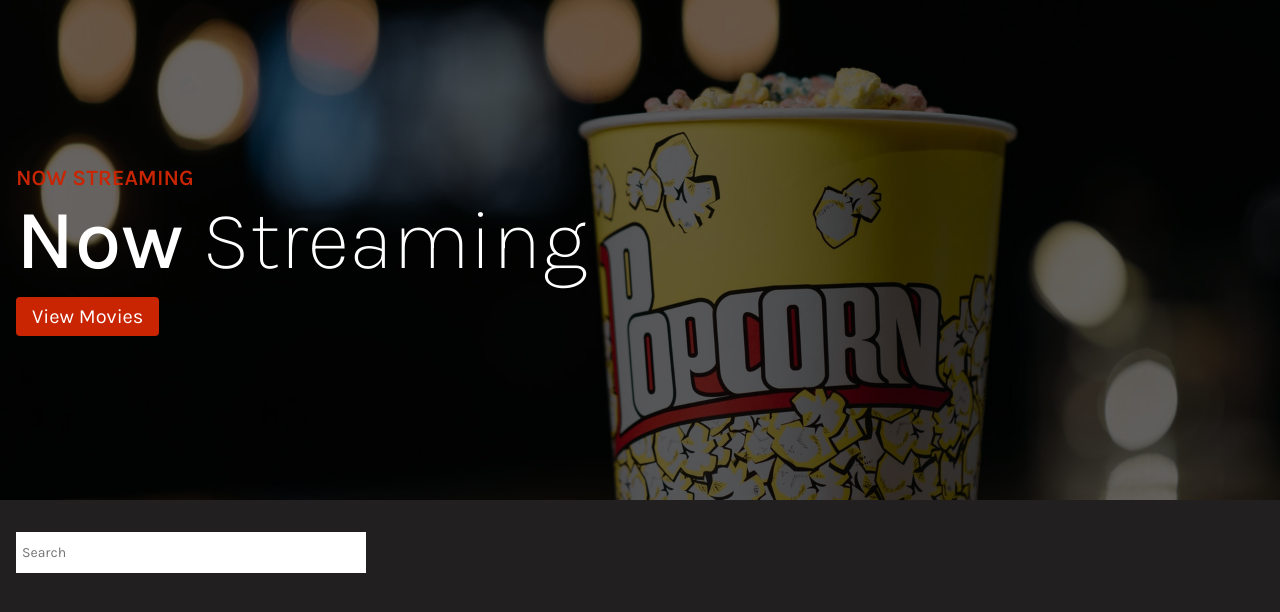
Repository: tomas938/films-overview
Page: /
These files come from the project's save history. The page is drawn as it stood at one moment and after the next save; the edit follows.
The browser window is 1280 px wide. The pictures show the whole page.
The page's requests for data from a server got no answer. The project was rebuilt for these pictures with package versions that can differ from the ones it lists, and the page was loaded fresh each time. The framework's server and built-in components were replaced by stand-ins that run in the browser. No one was signed in, and anything a server would have sent is missing. Also part of the build but not shown: nuxt.config.js, components/Loading.vue.

Above is the page before, as saved 2021-08-26 21:11:44.

After the next save:
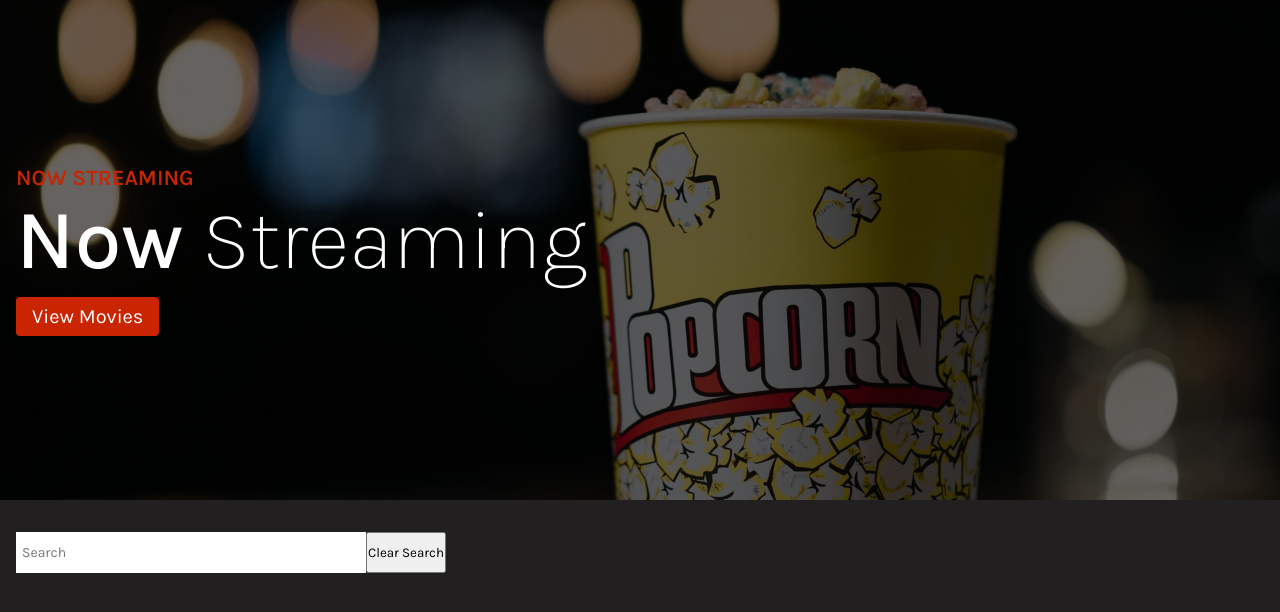
Saved 13 s later.
--- a/pages/index.vue
+++ b/pages/index.vue
@@ -3,6 +3,7 @@
     <Hero></Hero>
     <div class="container search">
       <input type="text" placeholder="Search" v-model.lazy="searchInput" />
+      <button>Clear Search</button>
     </div>
     <div class="container movies">
       <div id="movie-grid" class="movies-grid">
